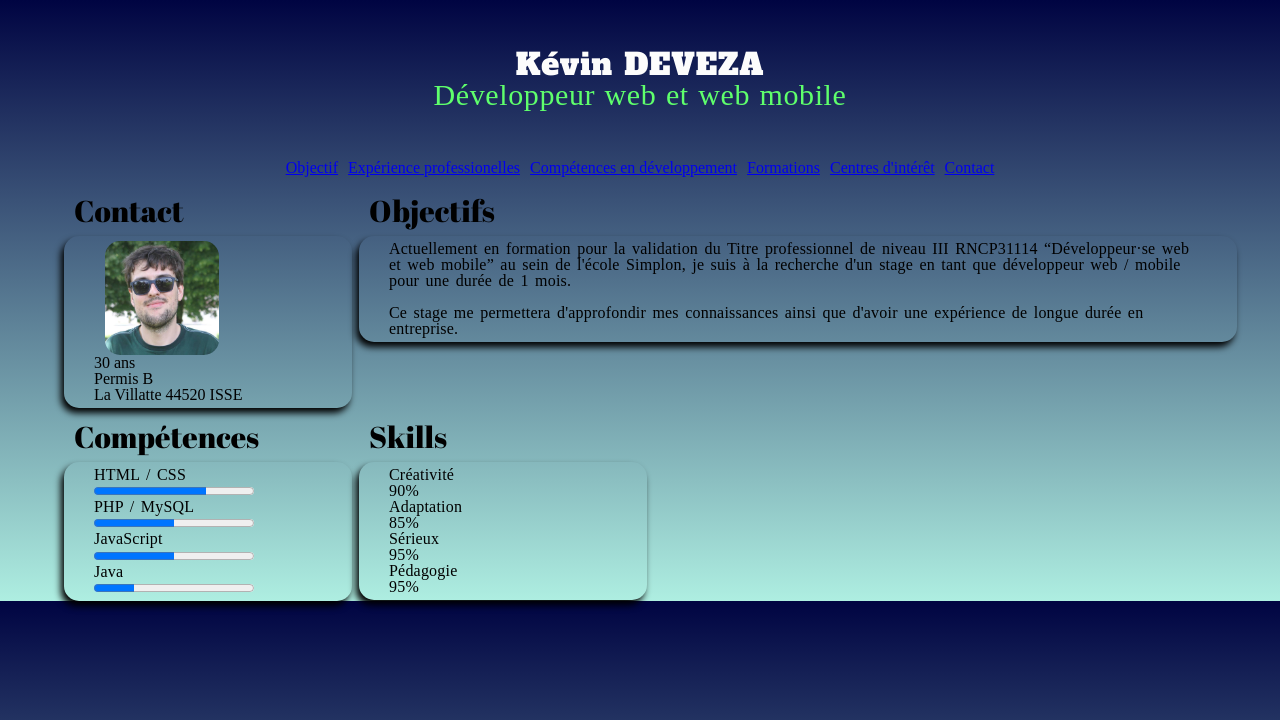
Repository: KevinDvZ/kevindvz.github.io
Page: index.html
An editor plug-in stored every save of this project. The page is shown before and after the next save, followed by the edit.
The browser window is 1280 px wide. The pictures show the whole page.

Above is the page before, as saved 2020-10-28 10:48:07.

After the next save:
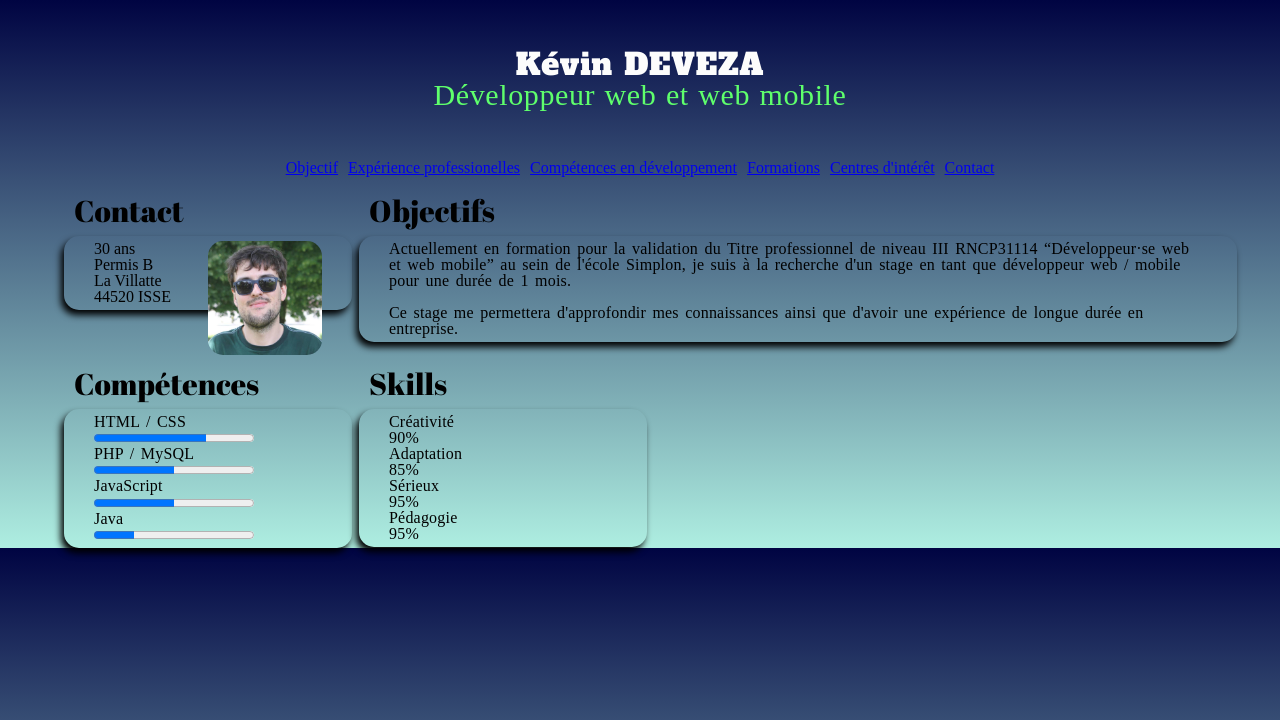
Saved 89 s later.
--- a/css/cv_deveza.css
+++ b/css/cv_deveza.css
@@ -90,7 +90,7 @@ main {
 }
 
 .img {
-  display: block;
+  float: right;
   margin-left: 5%;
   margin-right: auto;
   width: 50%;
